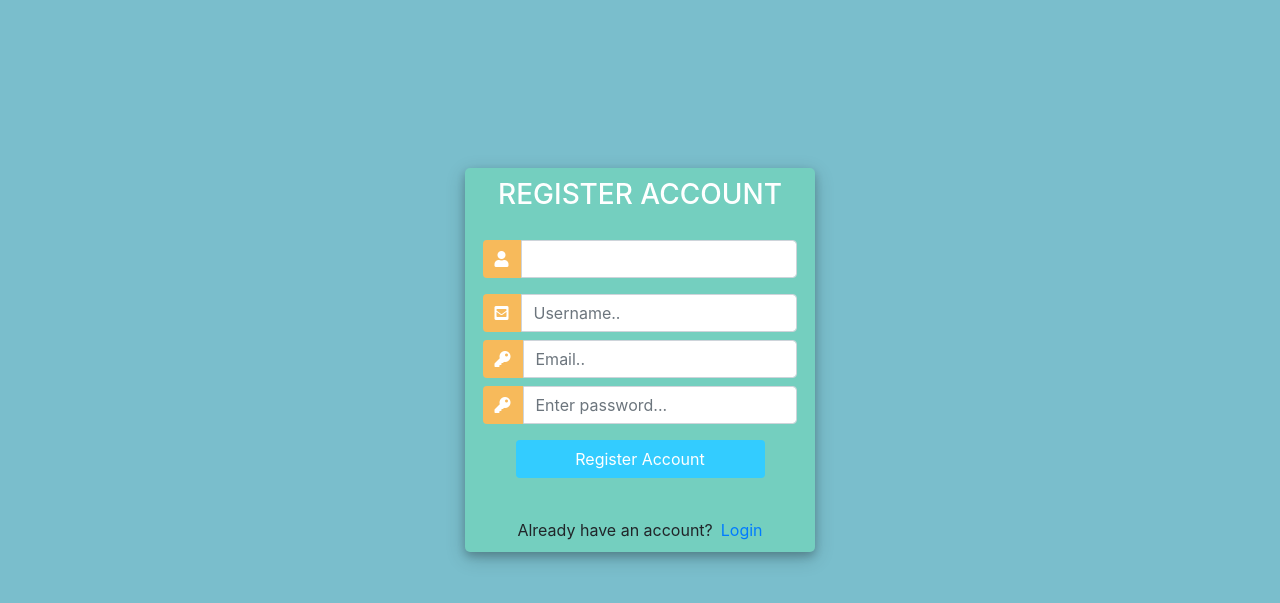
Repository: rohollah-naghipour/Login-form
Page: http://localhost/register/
The author's editor kept a copy of each file at every save. The page is drawn from the files as they stood at one save, then again after the next save.
The browser window is 1280 px wide. The pictures show the whole page.
Some web libraries are served in a nearby version. The page is served by the project's application, run on Django 5.2 (manage.py). Other server files are loaded and not shown.

Above is the page before, as saved 2024-12-04 18:08:15.

### users/templates/register.html

<html>

<head>
	<title>Login</title>
	<link rel="stylesheet" href="https://stackpath.bootstrapcdn.com/bootstrap/4.1.3/css/bootstrap.min.css" integrity="sha384-MCw98/SFnGE8fJT3GXwEOngsV7Zt27NXFoaoApmYm81iuXoPkFOJwJ8ERdknLPMO" crossorigin="anonymous">
	<script src="https://ajax.googleapis.com/ajax/libs/jquery/3.3.1/jquery.min.js"></script>
	<link rel="stylesheet" href="https://use.fontawesome.com/releases/v5.6.1/css/all.css" integrity="sha384-gfdkjb5BdAXd+lj+gudLWI+BXq4IuLW5IT+brZEZsLFm++aCMlF1V92rMkPaX4PP" crossorigin="anonymous">

	<style>
		body,
		html {
			margin: 0;
			padding: 0;
			height: 100%;
			background: #7abecc !important;
		}
		.user_card {
			width: 350px;
			margin-top: auto;
			margin-bottom: auto;
			background: #74cfbf;
			position: relative;
			display: flex;
			justify-content: center;
			flex-direction: column;
			padding: 10px;
			box-shadow: 0 4px 8px 0 rgba(0, 0, 0, 0.2), 0 6px 20px 0 rgba(0, 0, 0, 0.19);
			-webkit-box-shadow: 0 4px 8px 0 rgba(0, 0, 0, 0.2), 0 6px 20px 0 rgba(0, 0, 0, 0.19);
			-moz-box-shadow: 0 4px 8px 0 rgba(0, 0, 0, 0.2), 0 6px 20px 0 rgba(0, 0, 0, 0.19);
			border-radius: 5px;

		}

		.form_container {
			margin-top: 20px;
		}

		#form-title{
			color: #fff;
		}
		.login_btn {
			width: 100%;
			background: #33ccff !important;
			color: white !important;
		}
		.login_btn:focus {
			box-shadow: none !important;
			outline: 0px !important;
		}
		.login_container {
			padding: 0 2rem;
		}
		.input-group-text {
			background: #f7ba5b !important;
			color: white !important;
			border: 0 !important;
			border-radius: 0.25rem 0 0 0.25rem !important;
		}
		.input_user,
		.input_pass:focus {
			box-shadow: none !important;
			outline: 0px !important;
		}

	</style>

</head>
<body>
	<div class="container h-100">
		<div class="d-flex justify-content-center h-100">
			<div class="user_card">
				<div class="d-flex justify-content-center">
					<h3 id="form-title">REGISTER ACCOUNT</h3>
				</div>
				<div class="d-flex justify-content-center form_container">

					<form method="POST" action="">
						<div class="input-group mb-3">
							<div class="input-group-append">
								<span class="input-group-text"><i class="fas fa-user"></i></span>
							</div>
							<input type="text" name="username">
						</div>
						<div class="input-group mb-2">
							<div class="input-group-append">
								<span class="input-group-text"><i class="fas fa-envelope-square"></i></span>
							</div>
							<input type="email" name="email">
						</div>
						<div class="input-group mb-2">
							<div class="input-group-append">
								<span class="input-group-text"><i class="fas fa-key"></i></span>
							</div>
							<input type="text" name="password1">
						</div>
						<div class="input-group mb-2">
							<div class="input-group-append">
								<span class="input-group-text"><i class="fas fa-key"></i></span>
							</div>
							<input type="text" name="password2">
						</div>

				   		<div class="d-flex justify-content-center mt-3 login_container">
				 			<input class="btn login_btn" type="submit" value="Register Account">
				   		</div>
					</form>
				</div>

				<div class="mt-4">
					<div class="d-flex justify-content-center links">
						Already have an account? <a href="{% url 'login' %}" class="ml-2">Login</a>
					</div>
				</div>
			</div>
		</div>
	</div>
	<script>
						/* Because i didnt set placeholder values in forms.py they will be set here using vanilla Javascript
		//We start indexing at one because CSRF_token is considered and input field
		 */

		//Query All input fields
		var form_fields = document.getElementsByTagName('input')
		form_fields[1].placeholder='Username..';
		form_fields[2].placeholder='Email..';
		form_fields[3].placeholder='Enter password...';
		form_fields[4].placeholder='Re-enter Password...';


		for (var field in form_fields){
			form_fields[field].className += ' form-control'
		}
	</script>
</body>
</html>

### users/forms.py
from django.contrib.auth.forms import UserCreationForm

from .models import User


class CreateUserForm(UserCreationForm):
    class meta:
        model = User
        fields = ['username', 'email', 'password']

#def save(self, commit=True):
        #User = super(self).save(commit=False)
        #User.email = self.cleaned_data['email']
        #if commit:
            #User.save()
            #return User

### users/views.py
from django.shortcuts import render, redirect
from django.http import HttpResponse
from django.forms import inlineformset_factory
from django.contrib.auth.forms import UserCreationForm

from .models import User
from .forms import CreateUserForm


def registerPage(request):
    form = CreateUserForm()

    if request == 'POST':
        form = CreateUserForm(request.POST)
        if form.is_valid():
            form.save()
            print("user created OK 200 ")
        if not form.is_valid():
            print(form.errors)

    context = {'form': form}
    return render(request, 'register.html', context)




def loginPage(request):
    context = {}
    return render(request, 'login.html', context)

### Login_form/urls.py


from django.contrib import admin
from django.urls import path, include


urlpatterns = [
    path('admin/', admin.site.urls),
    path('', include('users.urls')),
]

### users/urls.py
from django.urls import path
from . import views


urlpatterns = [
    path('register/', views.registerPage ,name = 'register'),
    path('login/', views.loginPage, name = 'login')
]

After the next save:
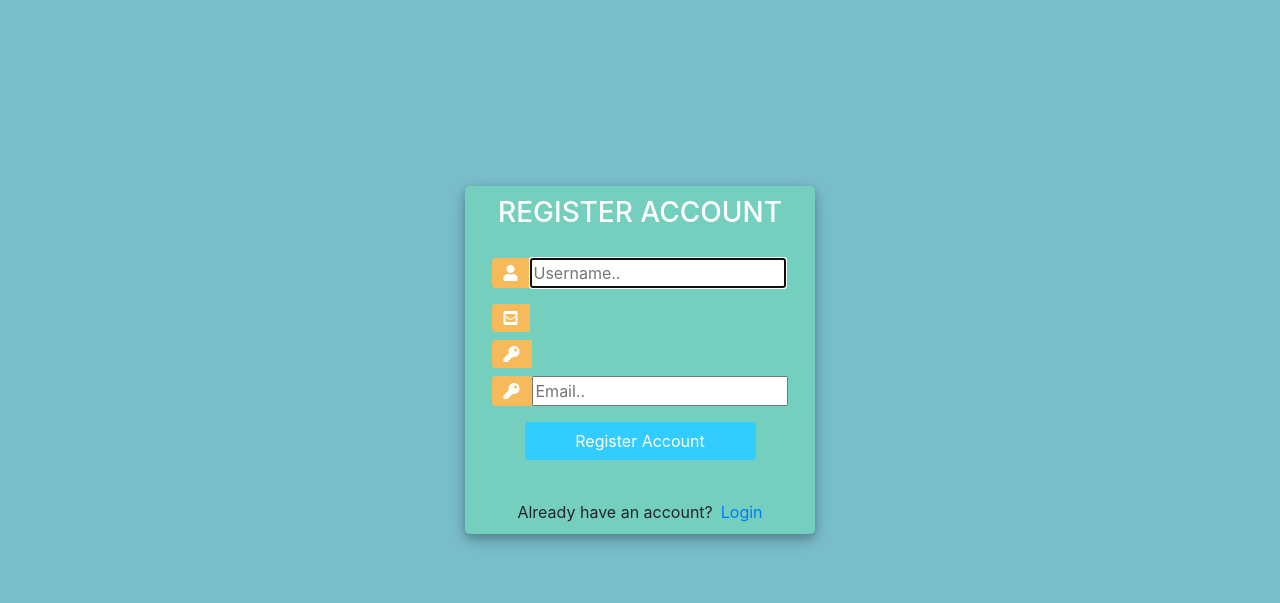
Console error: TypeError: Cannot set properties of undefined (setting 'placeholder')
Saved 4 min 56 s later.
--- a/users/templates/register.html
+++ b/users/templates/register.html
@@ -76,23 +76,24 @@
 				<div class="d-flex justify-content-center form_container">
 
 					<form method="POST" action="">
+                        {% csrf_token %}
 						<div class="input-group mb-3">
 							<div class="input-group-append">
 								<span class="input-group-text"><i class="fas fa-user"></i></span>
 							</div>
-							<input type="text" name="username">
+							{{form.username}}
 						</div>
 						<div class="input-group mb-2">
 							<div class="input-group-append">
 								<span class="input-group-text"><i class="fas fa-envelope-square"></i></span>
 							</div>
-							<input type="email" name="email">
+							{{form.email}}
 						</div>
 						<div class="input-group mb-2">
 							<div class="input-group-append">
 								<span class="input-group-text"><i class="fas fa-key"></i></span>
 							</div>
-							<input type="text" name="password1">
+							{{form.password}}
 						</div>
 						<div class="input-group mb-2">
 							<div class="input-group-append">
